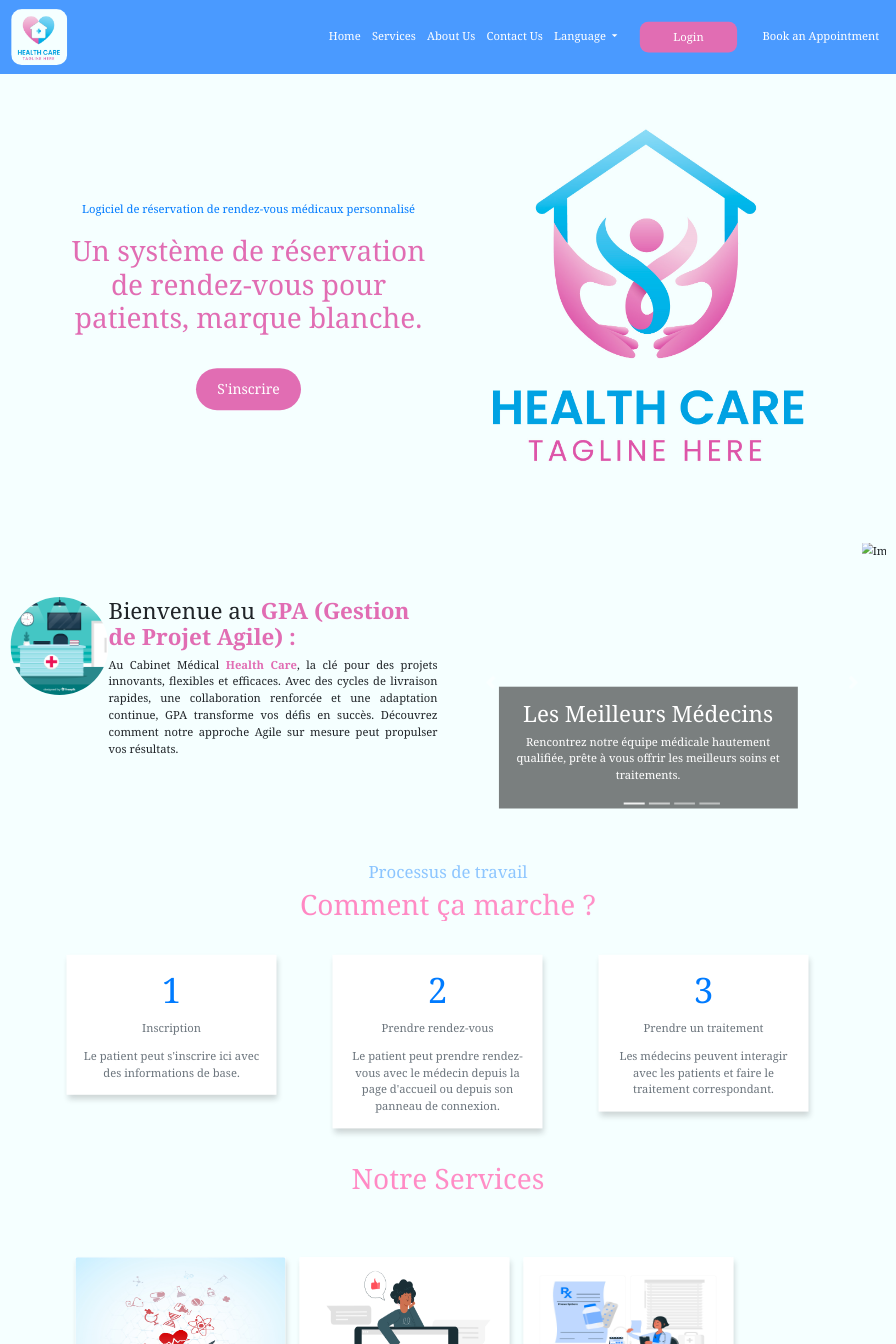
Repository: SalmaElhaou/Scrum-Project
Page: http://localhost/
The author's editor kept a copy of each file at every save. The page is drawn from the files as they stood at one save, then again after the next save.
The browser window is 1280 px wide. The pictures show the part of the page from y = 0 to 1920 px (the page is 3188 px tall), at 70% of full size.
Some web libraries are served in a nearby version. The page is served by the project's Laravel application, run on PHP 8.4 with Laravel 10.

Above is the page before, as saved 2025-02-01 21:42:43.

After the next save:
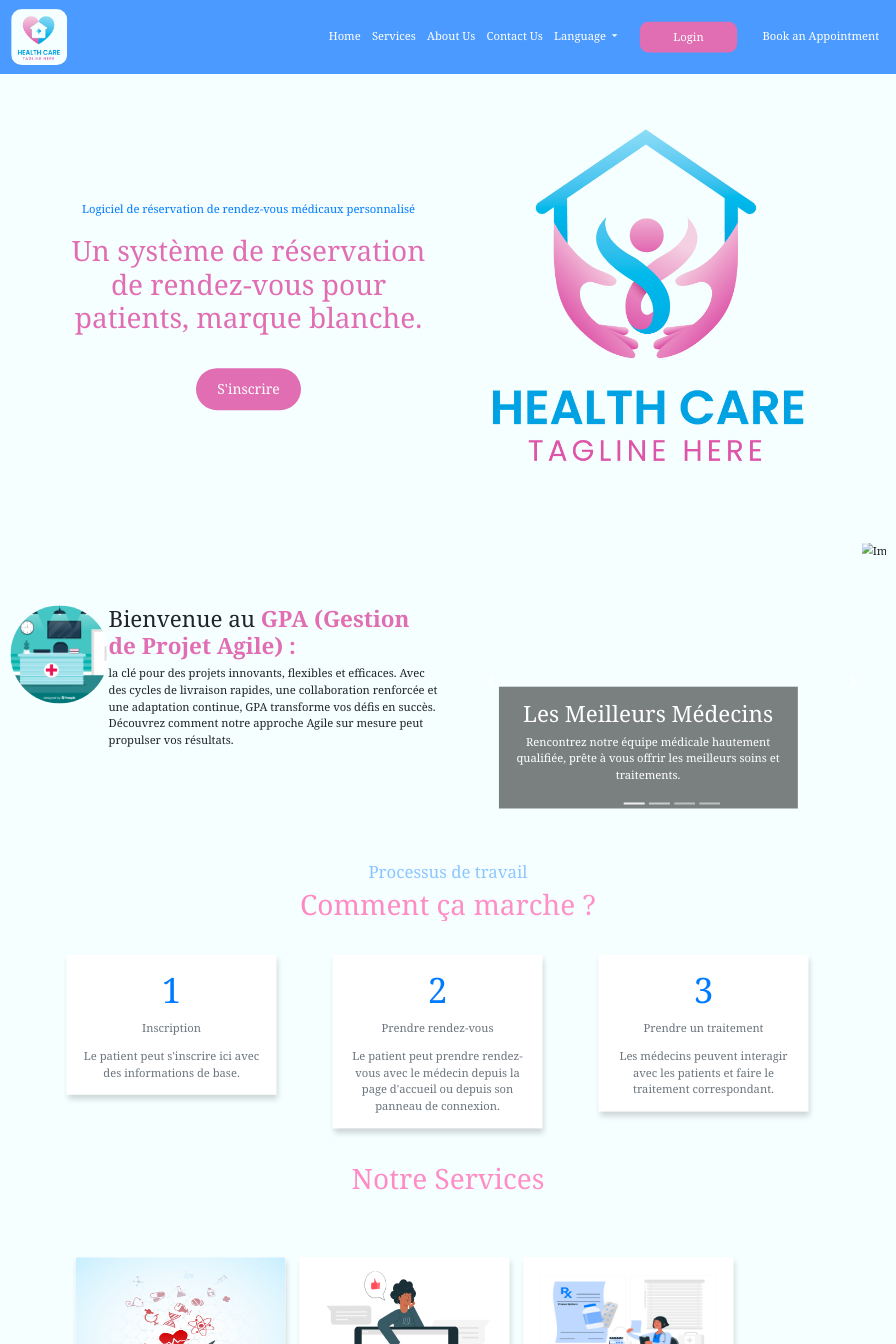
Saved 6 s later.
--- a/resources/views/welcome.blade.php
+++ b/resources/views/welcome.blade.php
@@ -400,7 +400,6 @@
           <!-- Contenu de la description de l'hôpital -->
           <div>
             <h2 style="font-family:  Georgia, serif;">Bienvenue au <span class="font-weight-bold" style="color:#e16db3;">GPA (Gestion de Projet Agile) :</span></h2>
-            <p style="font-family:  Georgia, serif; text-align: justify;">Au Cabinet Médical <span class="font-weight-bold" style="color:#e16db3;"></h4>Health Care</h4></span>,
                la clé pour des projets innovants, flexibles et efficaces. Avec des cycles de livraison rapides, une collaboration renforcée et une adaptation continue, GPA transforme vos défis en succès.
                Découvrez comment notre approche Agile sur mesure peut propulser vos résultats.
             </p>
